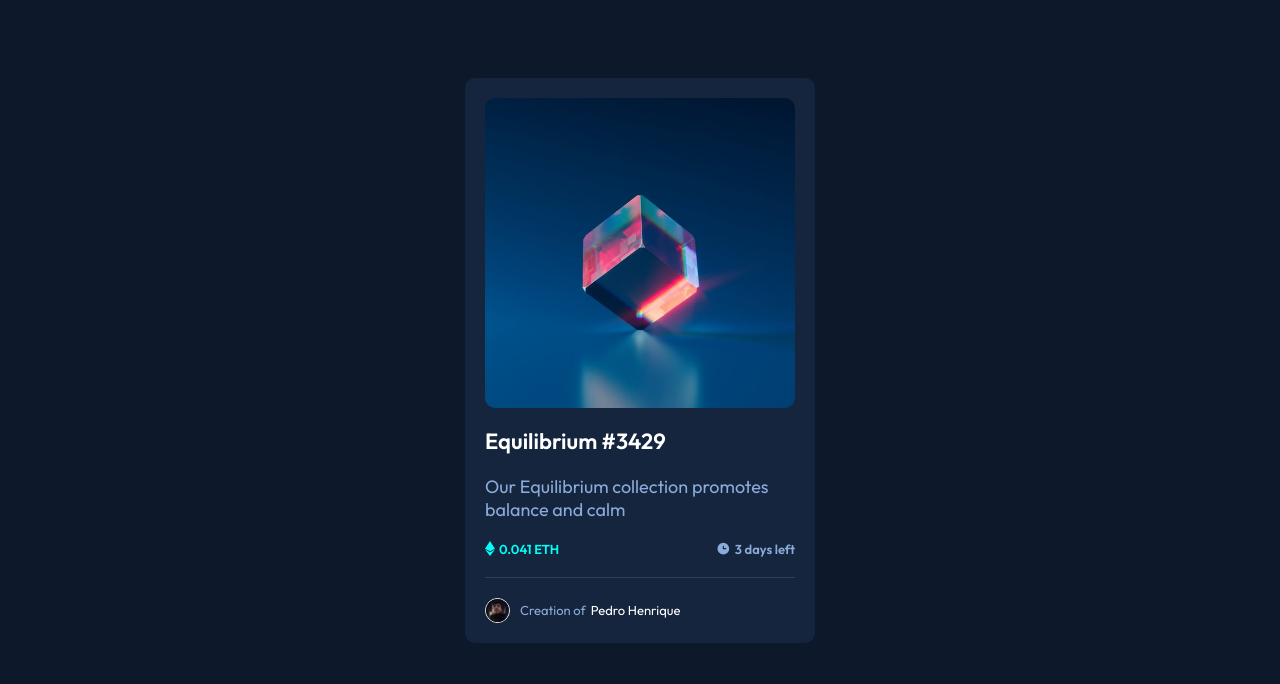
Repository: PedroHEAA/nft
Page: index.html
These files come from the project's save history. The page is drawn as it stood at one moment and after a run of saves; the edit follows.
The browser window is 1280 px wide. The pictures show the whole page.

Above is the page before, as saved 2022-11-04 19:46:12.

### index.html
<!DOCTYPE html>
<html lang="en">

<head>
    <meta charset="UTF-8">
    <meta http-equiv="X-UA-Compatible" content="IE=edge">
    <meta name="viewport" content="width=device-width, initial-scale=1.0">
    <meta name="description"
        content="Esse é um projeto do front end mentor, para eu desenvolver habilidades técnicas para ficar cada dia melhor">
    <link rel="stylesheet" href="src/css/reset.css">
    <link rel="stylesheet" href="src/css/variables.css">
    <link rel="stylesheet" href="src/css/style.css">
    <link rel="shortcut icon" href="src/images/favicon-32x32.png" type="image/x-icon">
    <title>NFT - preview card component</title>
</head>

<body>
    <main class="container">
        <div class="card">

            <a href="#">
                <img src="src/images/image-equilibrium.jpg" alt="Equilibrium NFT image">
            </a>
            <div class="alinhar">
            <div class="card-information">
                <a href="#">
                    <h2 class="title">Equilibrium #3429</h2>
                </a>

                <p class="card-description">Our Equilibrium collection promotes balance and calm</p>
            </div>

            <div class="info-element">
                <p class="angle"> <img src="src/images/icon-ethereum.svg" alt="" width="10px" height="15px"> 0.041 ETH</p>
                <p class="days"> <img src="src/images/icon-clock.svg" alt="" width="15px" height="15px"> 3 days left</p>
            </div>

            <hr>

            <div class="creator">
                <img src="src/images/WhatsApp Image 2022-10-10 at 16.39.07.jpeg" alt="NFT creator" width="25px">
                <p> Creation of <a class="creator-link" href="#"> Pedro Henrique</a></p>
            </div>
        </div>
        </div>
    </main>
</body>

</html>

### src/css/reset.css
*{
    margin: 0;
    padding: 0;
    box-sizing: border-box;
}

a{
    text-decoration: none;
    color: var(--white);
}

### src/css/variables.css
:root{
    --main-color: hsl(217, 54%, 11%);
    --card-color: hsl(216, 50%, 16%);
    --line-color: hsl(215, 32%, 27%);
    --white: hsl(0, 0%, 100%);
    --angle-color: hsl(178, 100%, 50%);
    --secondary-color: hsl(215, 51%, 70%);
}

### src/css/style.css
@import url('https://fonts.googleapis.com/css2?family=Outfit:wght@300;400;600&display=swap');

body{
    font-family: 'Outfit', sans-serif;
    background-color: var(--main-color);
}

.container{
    max-width: 100vw;
    height: 100vh;
    display: flex;
    justify-content: center;
    align-items: center;

}

.card{
    background-color: var(--card-color);
    max-width: 350px;
    border-radius: 10px;
    display: flex;
    flex-direction: column;
    align-items: center;
    padding: 20px;
}

.card .title{
    font-size: 22px;
    justify-content: flex-start;
    margin-top: 15px;
}

.card .title:hover{
    cursor: pointer;
    color: var(--angle-color);
}

.card .card-description{
    color: var(--secondary-color);
    font-size: 18px;
    margin-top: 20px;
}

.card a img{
    width: 100%;
    border-radius: 10px;
}

.card a img:hover{
    color: var(--angle-color);
    cursor: pointer;

}

.info-element{
    display: flex;
    justify-content: space-between;
    gap: 100px;
    font-size: 13px;
    font-weight: 600;
    margin-top: 20px;
    margin-bottom: 20px;
}

.info-element .angle{
    color: var(--angle-color);
    display: flex;
    gap: 4px;
}

.info-element .days{
    color: var(--secondary-color);
    display: flex;
    gap: 4px;
}

hr{
    background-color: var(--line-color);
    width: 100%;
    height: 1px;
    border-width: 0;
}

.card .creator{
    display: flex;
    align-items: baseline;
    gap: 10px;
    margin-top: 20px;
}

.card .creator img{
    border-radius: 50px;
    border: 1px solid white;
}

.card .creator p{
    display: flex;
    margin: auto;
    margin-inline: 0;
    font-size: 13px;
    gap: 5px;
    color: var(--secondary-color);
}

.card .creator .creator-link{
    color: var(--white);

}

.card .creator .creator-link:hover{
    color: var(--angle-color);
}

.alinhar{
    display: flex;
    flex-direction: column;
}

After the next 2 saves:
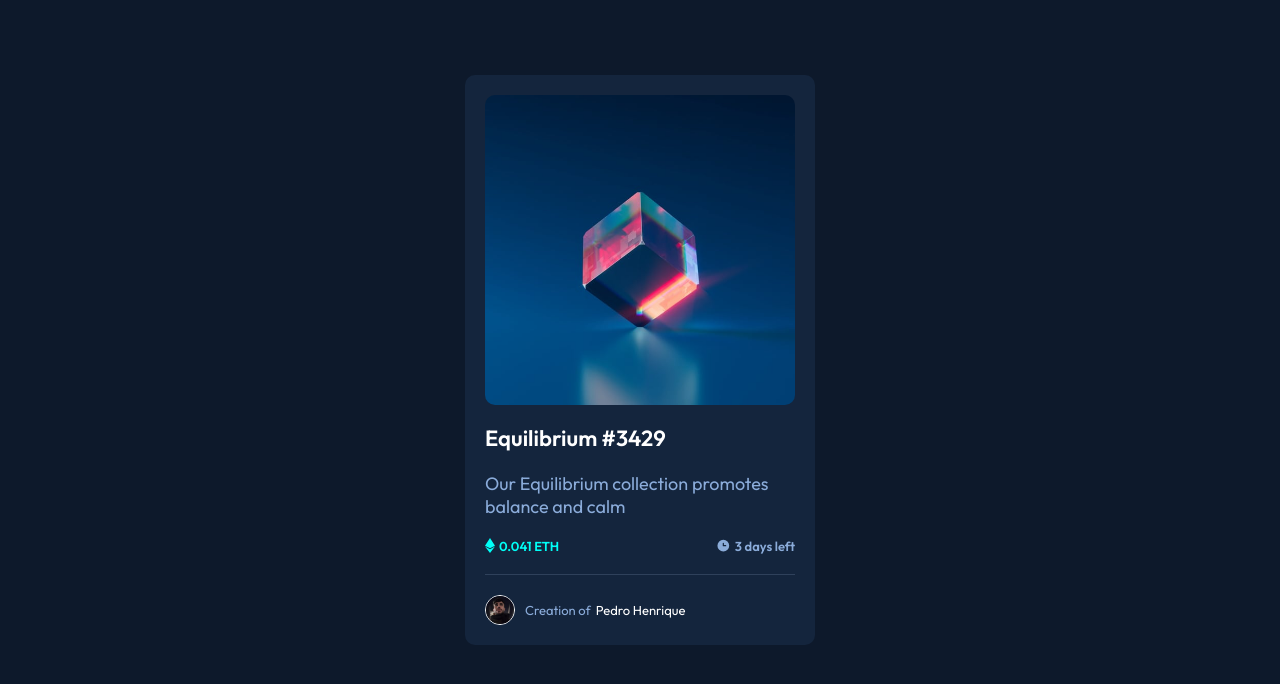
The 2 saves are shown as one change because they came seconds apart.
The last was saved 60 s later.
--- a/index.html
+++ b/index.html
@@ -38,7 +38,7 @@
             <hr>
 
             <div class="creator">
-                <img src="src/images/WhatsApp Image 2022-10-10 at 16.39.07.jpeg" alt="NFT creator" width="25px">
+                <img src="src/images/WhatsApp Image 2022-10-10 at 16.39.07.jpeg" alt="NFT creator" width="30px">
                 <p> Creation of <a class="creator-link" href="#"> Pedro Henrique</a></p>
             </div>
         </div>
